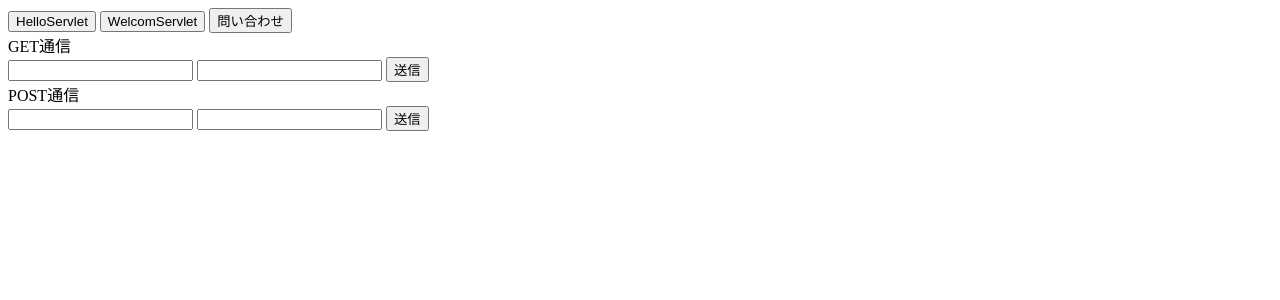
Repository: cha-git/test
Page: http://localhost/HelloServlet/
These files come from the project's save history. The page is drawn as it stood at one moment and after the next save; the edit follows.
The browser window is 1280 px wide. The pictures show the whole page.
The page is served by Tomcat 9. Other server files are loaded and not shown.

Above is the page before, as saved 2018-12-05 11:50:41.

### HelloServlet/WebContent/index.jsp
<%@ page language="java" contentType="text/html; charset=UTF-8"
    pageEncoding="UTF-8"%>
<!DOCTYPE html PUBLIC "-//W3C//DTD HTML 4.01 Transitional//EN" "http://www.w3.org/TR/html4/loose.dtd">
<html>
<head>
<meta http-equiv="Content-Type" content="text/html; charset=UTF-8">
<title>HelloServlet</title>
</head>
<body>
	<input type="button" value="HelloServlet" onClick="location.href='HelloServlet'">
	<input type="button" value="WelcomServlet" onClick="location.href='welcome.jsp'">
	<input type="button" value="問い合わせ" onClick="location.href='inquiry.jsp'">
	<br>GET通信
	<form method="get" action="TestServlet">
		<input type="text" name="username">
		<input type="password" name="password">
		<input type="submit" value="送信">
	</form>
	 POST通信
	<form method="post" action="TestServlet">
		<input type="text" name="username">
		<input type="password" name="password">
		<input type="submit" value="送信">
	</form>
</body>
</html>

After the next save:
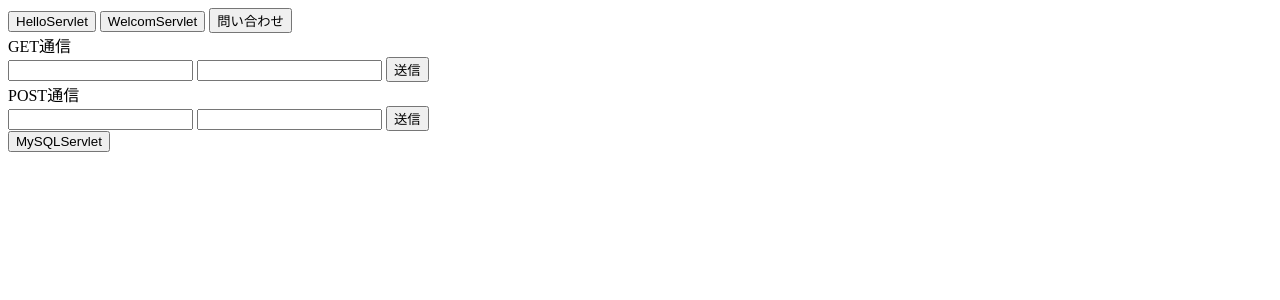
Saved 9 min 16 s later.
--- a/HelloServlet/WebContent/index.jsp
+++ b/HelloServlet/WebContent/index.jsp
@@ -22,5 +22,6 @@
 		<input type="password" name="password">
 		<input type="submit" value="送信">
 	</form>
+	<input type="button" value="MySQLServlet" onClick="MySQLServlet">
 </body>
 </html>

After the 2 saves that followed:
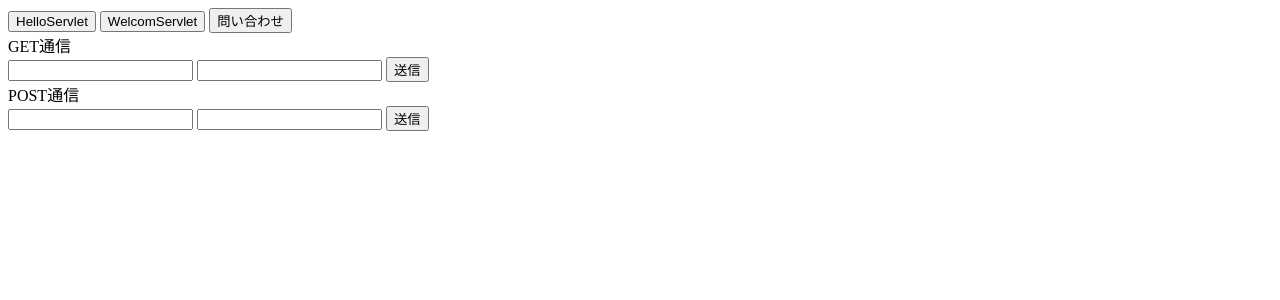
The 2 saves are shown as one change because 1 left the picture as it was.
The last was saved 3 min 10 s later.
--- a/HelloServlet/WebContent/index.jsp
+++ b/HelloServlet/WebContent/index.jsp
@@ -22,6 +22,5 @@
 		<input type="password" name="password">
 		<input type="submit" value="送信">
 	</form>
-	<input type="button" value="MySQLServlet" onClick="MySQLServlet">
 </body>
 </html>
